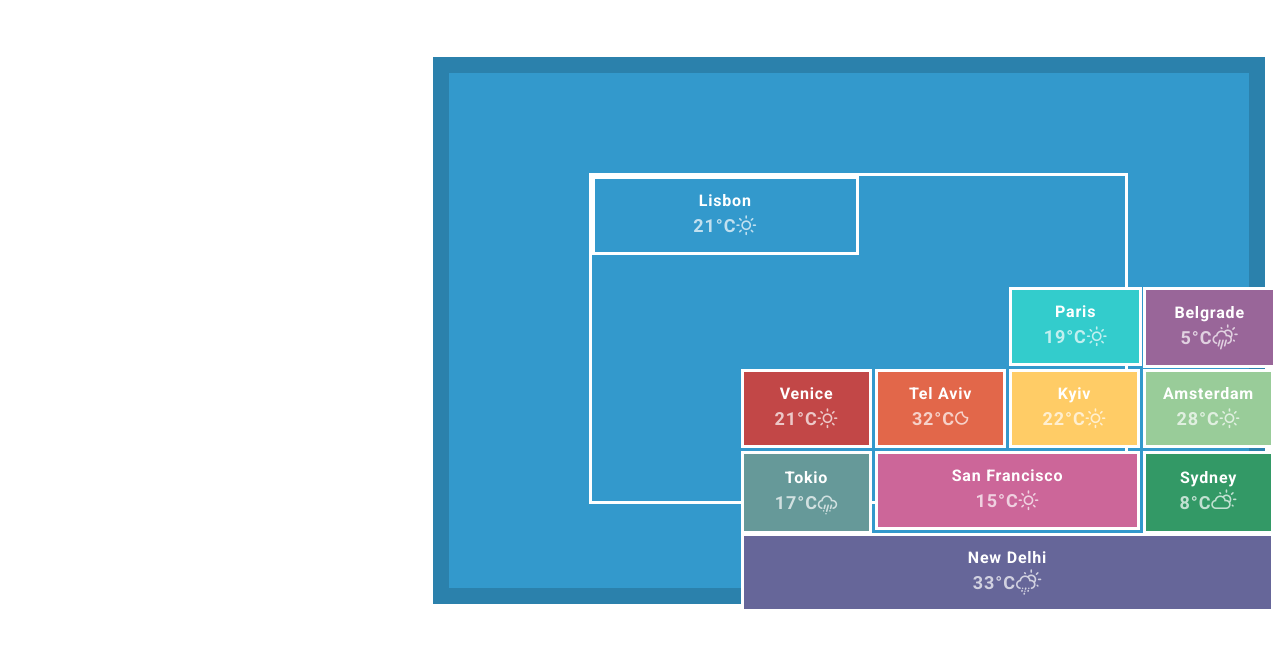
Repository: shpakovskaya/github.io
Page: boxsizing/weatherforecast/index.html
An editor plug-in stored every save of this project. The page is shown before and after the next save, followed by the edit.
The browser window is 1280 px wide. The pictures show the whole page.

Above is the page before, as saved 2021-11-29 20:09:18.

After the next save:
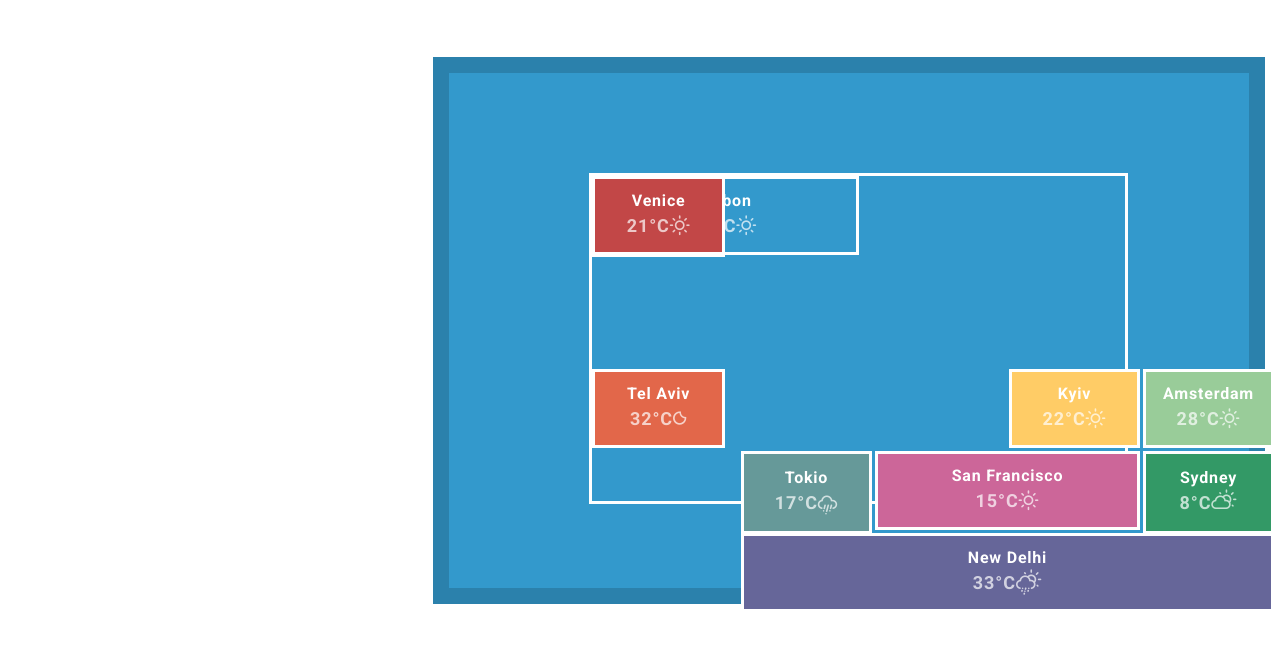
Saved 81 s later.
--- a/boxsizing/weatherforecast/style.css
+++ b/boxsizing/weatherforecast/style.css
@@ -76,8 +76,8 @@ span {
   align-items: center;
   width: 25%;
   height: 79px;
-  left: 417px;
-  top: 111px;
+  left: 0px;
+  top: 0px;
   border: 3px solid #ffffff;
   background: #33cccc;
 }
@@ -90,8 +90,8 @@ span {
   position: absolute;
   width: 25%;
   height: 81px;
-  left: 551px;
-  top: 111px;
+  left: 0px;
+  top: 0px;
   background: #996699;
   border: 3px solid #ffffff;
 }
@@ -102,10 +102,10 @@ span {
   justify-content: center;
   align-items: center;
   position: absolute;
-  width: 131px;
-  height: 79px;
-  left: 149px;
-  top: 193px;
+  width: 25%;
+  height: 79px;
+  left: 0px;
+  top: 0px;
   background: #c24747;
   border: 3px solid #ffffff;
 }
@@ -116,9 +116,9 @@ span {
   justify-content: center;
   align-items: center;
   position: absolute;
-  width: 131px;
-  height: 79px;
-  left: 283px;
+  width: 25%;
+  height: 79px;
+  left: 0px;
   top: 193px;
   background: #e2674a;
   border: 3px solid #ffffff;
